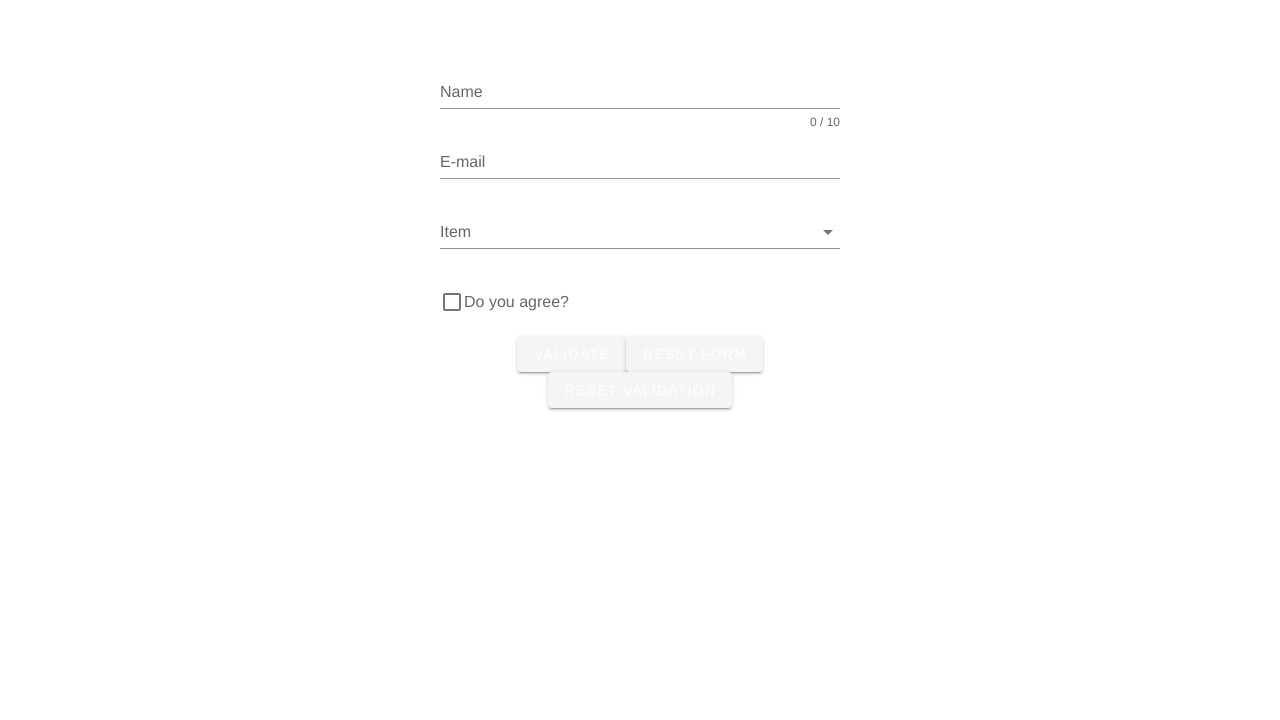
Repository: Natanhel/klitat-tash
Page: /
An editor plug-in stored every save of this project. The page is shown before and after the next save, followed by the edit.
The browser window is 1280 px wide. The pictures show the whole page.
The page's requests for data from a server got no answer. The project was rebuilt for these pictures with package versions that can differ from the ones it lists, and the page was loaded fresh each time. No one was signed in, and anything a server would have sent is missing. Also part of the build but not shown: vue.config.js.

Above is the page before, as saved 2020-12-01 16:50:56.

After the next save:
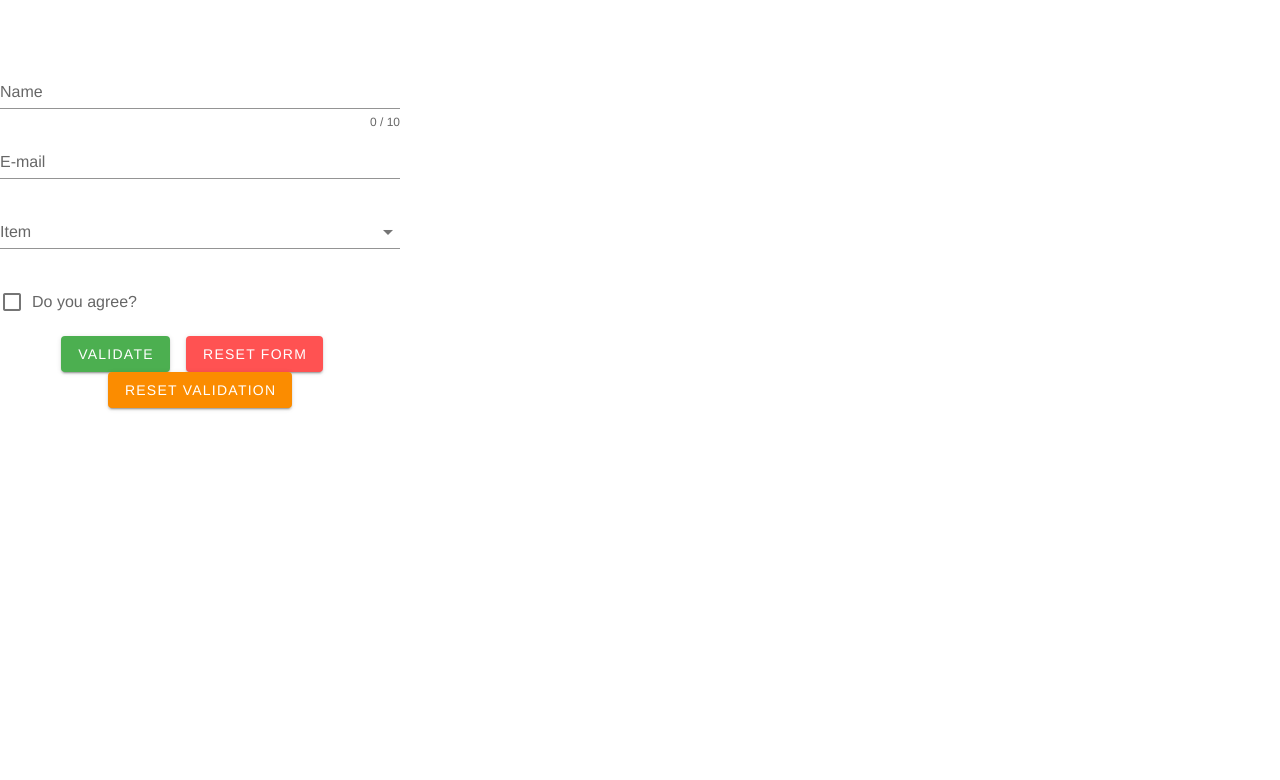
Saved 60 s later.
--- a/src/App.vue
+++ b/src/App.vue
@@ -1,5 +1,5 @@
 <template>
-  <div id="app">
+  <v-app id="app">
 
     <v-form
       ref="form"
@@ -60,7 +60,7 @@
         Reset Validation
       </v-btn>
     </v-form>
-  </div>
+  </v-app>
 </template>
 
 <script>
